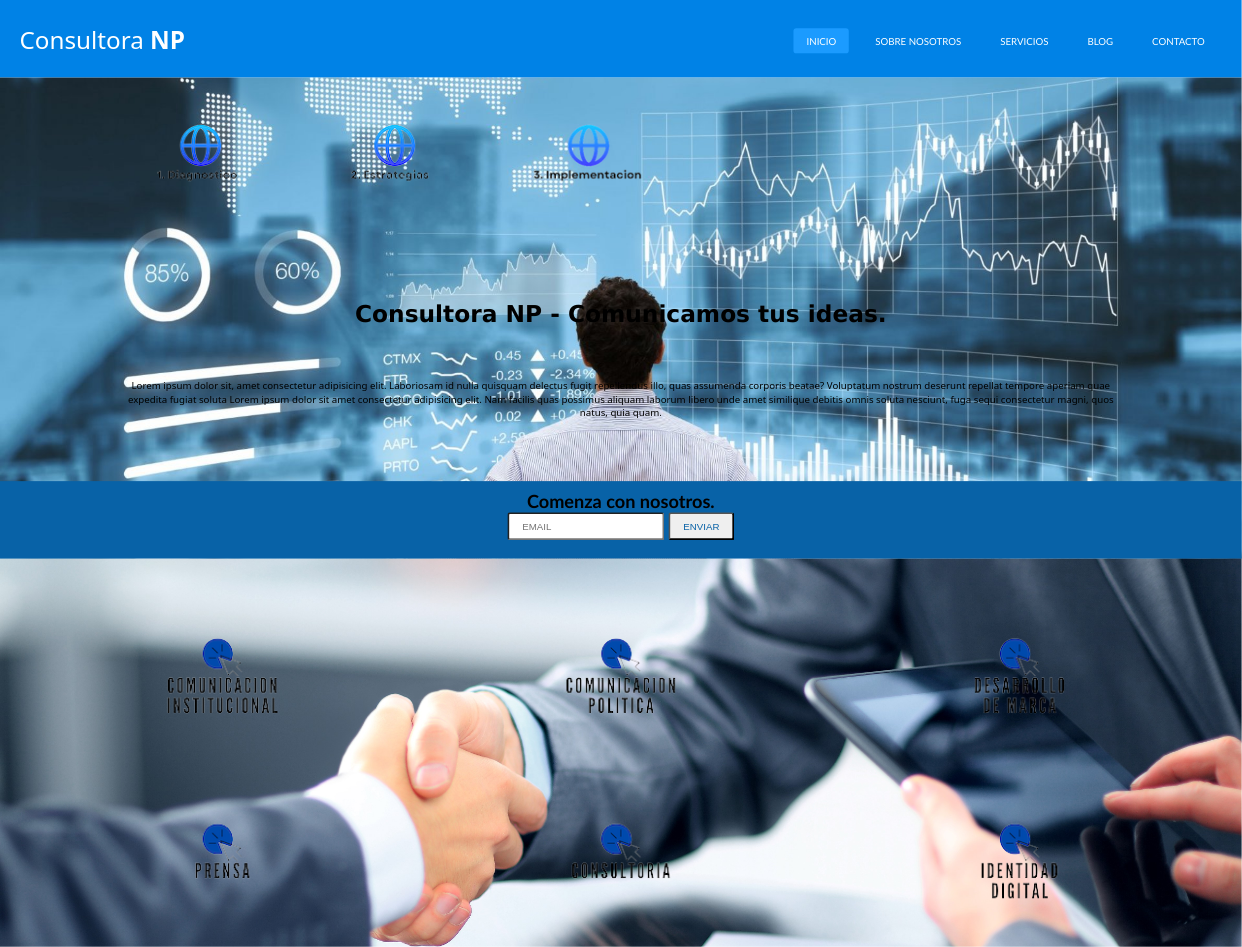
Repository: Batu120/pre-entrega2
Page: index.html
The author's editor kept a copy of each file at every save. The page is drawn from the files as they stood at one save, then again after the next save.
The browser window is 1280 px wide. The pictures show the whole page, at 97% of full size.

Above is the page before, as saved 2022-11-02 13:24:42.

### index.html
<!DOCTYPE html>
<html lang="en" dir="ltr">
<head>
    <meta charset="UTF-8">
    <meta http-equiv="X-UA-Compatible" content="IE=edge">
    <meta name="viewport" content="width=device-width, initial-scale=1.0">
    <title>2da Pre Entrega</title>
    <link rel="stylesheet" href="https://cdnjs.cloudflare.com/ajax/libs/font-awesome/4.7.0/css/font-awesome.min.css">
    <!-- CSS -->
    <link rel="stylesheet" href="CSS/style.css">

</head>
<body>
    <nav>
        <input type="checkbox" id="check">
        <label for="check" class="checkbtn">
            <i style="font-size:24px" class="fa">&#xf0c9;</i>
        </label>
        <label class="logo">Consultora <label class="logo1">NP</label></label>
            <!-- Lista no ordenada -->
            <ul>
                <!-- Items / Menu -->
                <li><a class="active" href="index.html">Inicio</a></li>
                <li><a href="HTML/SobreNosotros.html">Sobre Nosotros</a></li>
                <li><a href="HTML/Servicios.html">Servicios</a></li>
                <li><a href="HTML/Blog.html">Blog</a></li>
                <li><a href="HTML/Contacto.html">Contacto</a></li>
            </ul>
    </nav>

    <section>
        <div class="grid-container">
            <img src="/IMG/1.Diagnostico.png" alt="diagnostico">
            <img src="/IMG/2.Estrategia.png" alt="estrategia">
            <img src="/IMG/3.Implementacion.png" alt="implementacion">
        </div>
        <div class="container-div">
            <!-- titulo h1 -->
            <h1>Consultora NP - Comunicamos tus ideas.</h1>
            <br>
            <!-- Parrafo -->
            <p>Lorem ipsum dolor sit, amet consectetur adipisicing elit. Laboriosam id nulla quisquam delectus fugit repellendus illo, quas assumenda corporis beatae? Voluptatum nostrum deserunt repellat tempore aperiam quae expedita fugiat soluta Lorem ipsum dolor sit amet consectetur adipisicing elit. Nam facilis quas possimus aliquam laborum libero unde amet similique debitis omnis soluta nesciunt, fuga sequi consectetur magni, quos natus, quia quam.</p>
            <br><br>
        </div>

        <div class="container-form">
            <h3>Comenza con nosotros.</h3>
            <form class= "form-news" action="#" method="post" enctype>
                <input type="text" name="email" placeholder="Email">
                <input type="button" type="submit" value="enviar">
            </form>
        </div>
    </section>
    <section class="wallpaper">
        <div class="grid-container2">
            <div class="Com-1"><a href=""><img src="IMG/1com-inst.png" alt="pic1"></a></div>
            <div class="Com-2"><a href=""><img src="IMG/2com-polit.png" alt="pic2"></a></div>
            <div class="Com-3"><a href=""><img src="IMG/3des-marca.png" alt="pic3"></a></div>
            <div class="Com-4"><a href=""><img src="IMG/4prensa.png" alt="pic4"></a></div>
            <div class="Com-5"><a href=""><img src="IMG/5cons.png" alt="pic5"></a></div>
            <div class="Com-6"><a href=""><img src="IMG/3iden-dig.png" alt="pic6"></a></div>
        </div>
    </section>


</body>
</html>

### CSS/style.css
body {
    /* background: url(/IMG/background_body.jpeg);
    background-repeat: no-repeat;
    background-size: cover;
    background-position-x: center;
    background-position-y: center;
    background-position: center;
    height: auto;
    width: auto; */
    font-family:'Gill Sans', 'Gill Sans MT', Calibri, 'Trebuchet MS', sans-serif;
}
section{
    background: url(/IMG/background_body.jpeg);
    background-repeat: no-repeat;
    background-size: cover;
    background-position-x: center;
    background-position-y: center;
    background-position: center;
    height: auto;
    width: auto;
}

/* NAV BAR - LINKS- RESPONSIVE */
* {
    padding: 0;
    margin: 0;
    text-decoration: none;
    list-style: none;
    box-sizing: border-box;
}
nav {
    background: #0082e6;
    height: 80px;
    width: 100%;
}
/*  */
.logo{
    color: white;
    font-size: 25px;
    line-height: 80px;
    padding: 20px;
    font-weight:lighter;
    font-family:system-ui, -apple-system, BlinkMacSystemFont, 'Segoe UI', Roboto, Oxygen, Ubuntu, Cantarell, 'Open Sans', 'Helvetica Neue', sans-serif;
}
.logo1{
    color: white;
    font-weight: bold;
}
nav ul{
    float: right;
    margin-right: 20px;
    padding-top: 0%;
}
nav ul li{
    display: inline-block;
    line-height: 80px;
    margin: 0 5px;
}
nav ul li a{
    color: white;
    font-size: 10px;
    padding: 7px 13px;
    border-radius: 3px;
    text-transform: uppercase;

}
a.active,a:hover{
    background: #1b9bff;
    transition: .5s;
}
.checkbtn{
    font-size: 30px;
    color: white;
    float: right;
    line-height: 80px;
    margin-right: 30px;
    cursor: pointer;
    display: none;
}
#check{
    display: none;
}
/* PREUBA RESPONSIVE TEST */
@media (max-width: 853px){
    label.logo {
        font-size: 25px;
        padding-left: 50px;
    }
    nav ul li a{
        font-size: 18px;
    }
}
@media (max-width: 853px){
    .checkbtn{
        display: block;
    }
    ul{
        position: fixed;
        width: 100%;
        height: 100vh;
        background: #2c3e50;
        top: 80px;
        left: -100%;
        text-align: center;
        transition: all .5s;
    }
    nav ul li{
        display: block;
        margin: 50px 0;
        line-height: 30px;
    }
    nav ul li a {
        font-size: 20px;
    }
        a:hover,a.active{
        background:none;
        color: #0082e6;
        }
        #check:checked ~ ul{
        left: 0;
        }
    }

    /* IMG PICTURES page front */
    .grid-container {
        display: grid;
        grid-template-columns: auto auto auto;
        justify-content: center;
    }
    .container-div{
        display: flex;
        flex-direction: column;
        text-align: center;
        margin-top: 20px;
        font-family: system-ui, -apple-system, BlinkMacSystemFont, 'Segoe UI', Roboto, Oxygen, Ubuntu, Cantarell, 'Open Sans', 'Helvetica Neue', sans-serif;
    }
    /* TITLE TEXT */
    h1{
        font-weight: bolder;
        font-family: Verdana, Geneva, Tahoma, sans-serif;
        display: inline-block;
        padding: 10px;
    }
    /* TEXT */
    p{
        margin: 20px;
        padding-left: 100px;
        padding-right: 100px;
        font-size: 10px;

    }
    /* NEWS FORM */
    .container-form{
        text-align: center;
        font-size: medium;
        background: #0862a7;
        height: 80px;
        width: 100%;
        padding: 10px;
    }
    input{
        color: #0862a7;
        font-size: 10px;
        padding: 7px 13px;
        border-radius: 3px;
        text-transform: uppercase;
    }
    .wallpaper {
        background-image: url(/IMG/consultoria_img.jpeg);
        background-repeat: no-repeat;
        background-size: cover;
        background-position: center;
        background-position-x: center;
        background-position-y: center;
        height: 400px;
    }
    .grid-container2 {
        display: grid;
        grid-template-columns: 1fr 1fr 1fr;
        grid-template-rows: 1fr 1fr;
        gap: 12px 12px;
        padding-top: 30px;
        margin-left: 30px;
        margin-right: 30px;
        height: 400px;
        grid-template-areas:
            "Com-1 Com-2 Com-3"
            "Com-4 Com-5 Com-6";
    }
    .Com-1 {
        justify-self: center;
        align-self: center;
        grid-area: Com-1;
    }
    .Com-2 {
        justify-self: center;
        align-self: center;
        grid-area: Com-2;
    }
    .Com-3 {
        justify-self: center;
        align-self: center;
        grid-area: Com-3;
    }
    .Com-4 {
        justify-self: center;
        align-self: center;
        grid-area: Com-4;
    }
    .Com-5 {
        justify-self: center;
        align-self: center;
        grid-area: Com-5;
    }
    .Com-6 {
        justify-self: center;
        align-self: center;
        grid-area: Com-6;
    }

After the next save:
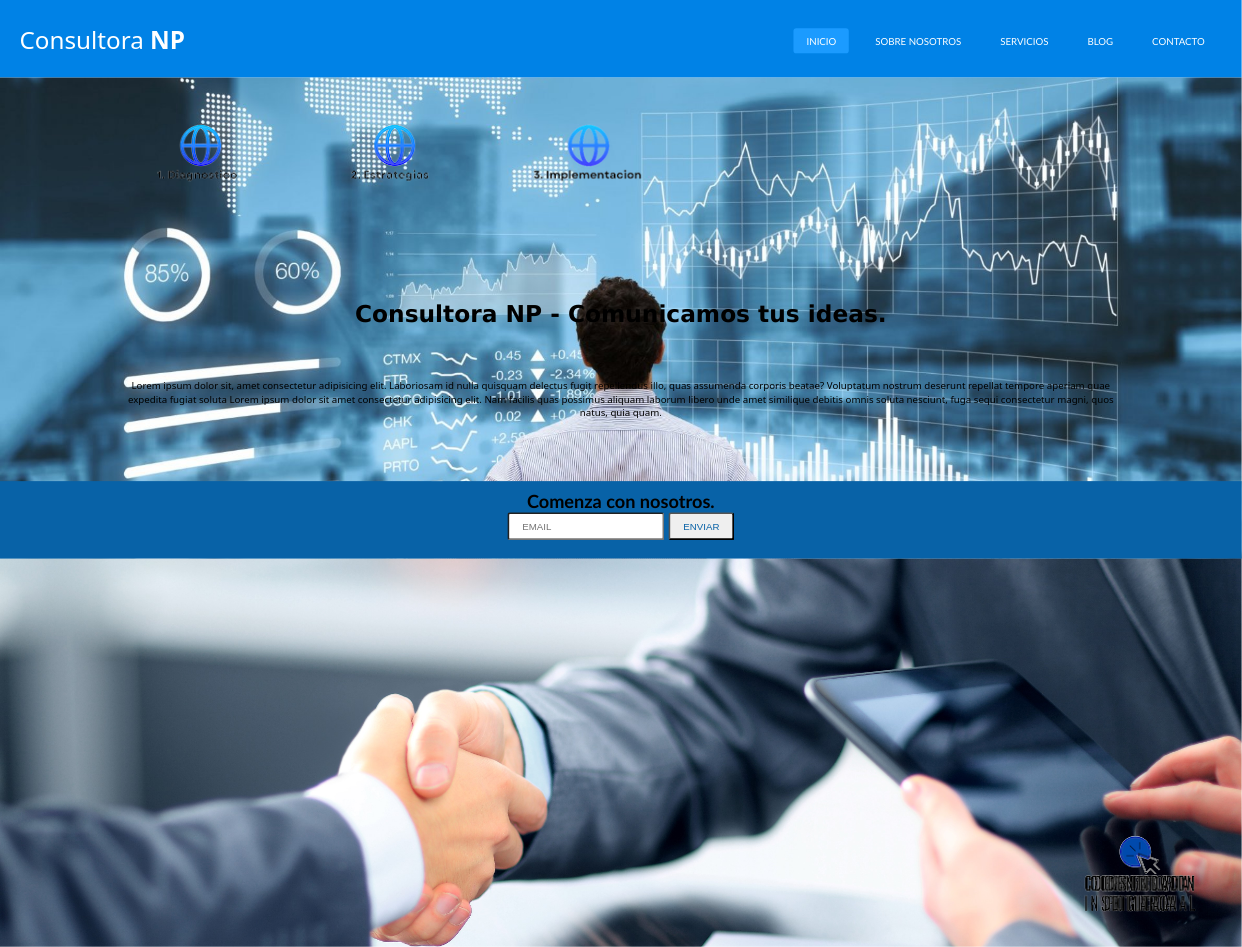
Saved 80 s later.
--- a/CSS/style.css
+++ b/CSS/style.css
@@ -184,7 +184,8 @@
         margin-right: 30px;
         height: 400px;
         grid-template-areas:
-            "Com-1 Com-2 Com-3"
+            "Com-1 Com-2"
+            "Com-3"
             "Com-4 Com-5 Com-6";
     }
     .Com-1 {

After the save that followed:
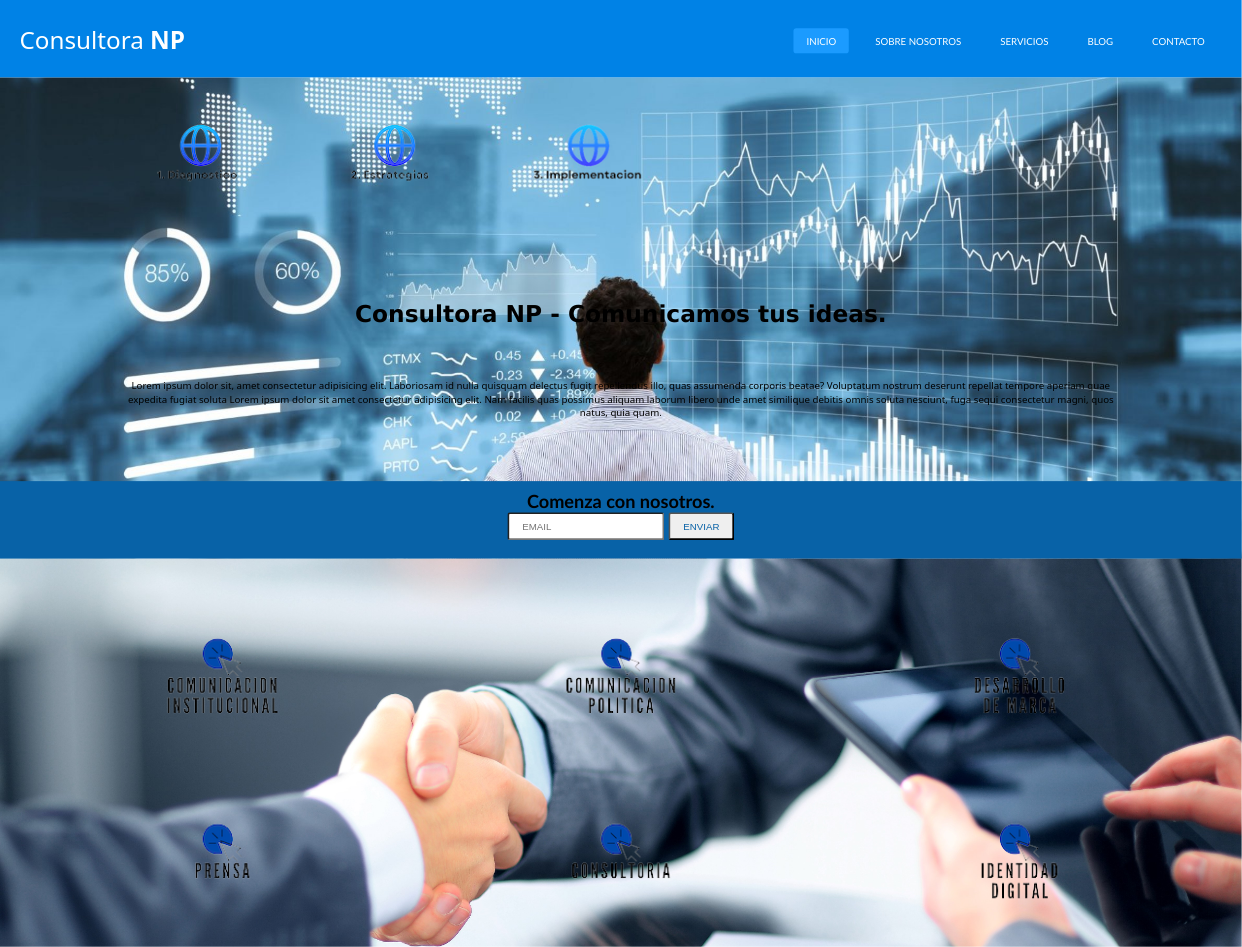
Saved 27 s later.
--- a/CSS/style.css
+++ b/CSS/style.css
@@ -184,8 +184,7 @@
         margin-right: 30px;
         height: 400px;
         grid-template-areas:
-            "Com-1 Com-2"
-            "Com-3"
+            "Com-1 Com-2 Com-3"
             "Com-4 Com-5 Com-6";
     }
     .Com-1 {
